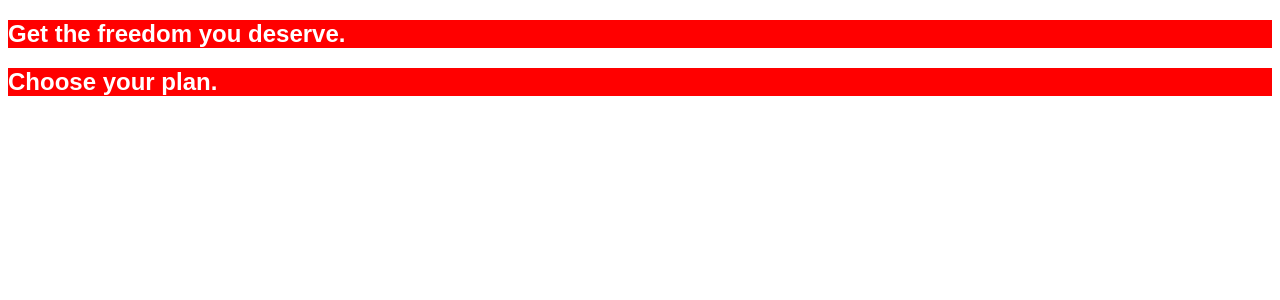
Repository: CH96SHREYA/css
Page: Lecture 1/index.html
An editor plug-in stored every save of this project. The page is shown before and after the next save, followed by the edit.
The browser window is 1280 px wide. The pictures show the whole page.

Above is the page before, as saved 2021-09-27 08:10:02.

### Lecture 1/index.html
<!DOCTYPE html>
<html lang="en">
  <head>
    <meta charset="UTF-8" />
    <meta http-equiv="X-UA-Compatible" content="ie=edge" />
    <title>uHost</title>
    <link rel="shortcut icon" href="favicon.png" />
    <link rel="preconnect" href="https://fonts.googleapis.com" />
    <link rel="preconnect" href="https://fonts.gstatic.com" crossorigin />
    <link
      href="https://fonts.googleapis.com/css2?family=Anton&display=swap"
      rel="stylesheet"
    />
    <link rel="stylesheet" href="styles.css" />
  </head>

  <body>
    <main>
      <section>
        <h1>Get the freedom you deserve.</h1>
      </section>
      <section>
        <h1>Choose your plan.</h1>
      </section>
    </main>
  </body>
</html>

### Lecture 1/styles.css
section{
    background-color:red;
}
h1{
    color:white;
    font-family: sans-serif;
}

After the next save:
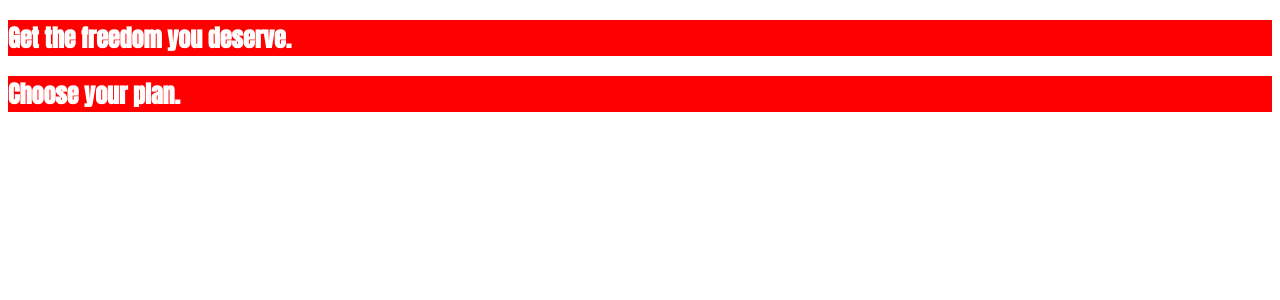
Saved 19 s later.
--- a/Lecture 1/styles.css
+++ b/Lecture 1/styles.css
@@ -3,5 +3,5 @@ section{
 }
 h1{
     color:white;
-    font-family: sans-serif;
+    font-family: 'Anton', sans-serif;
 }
